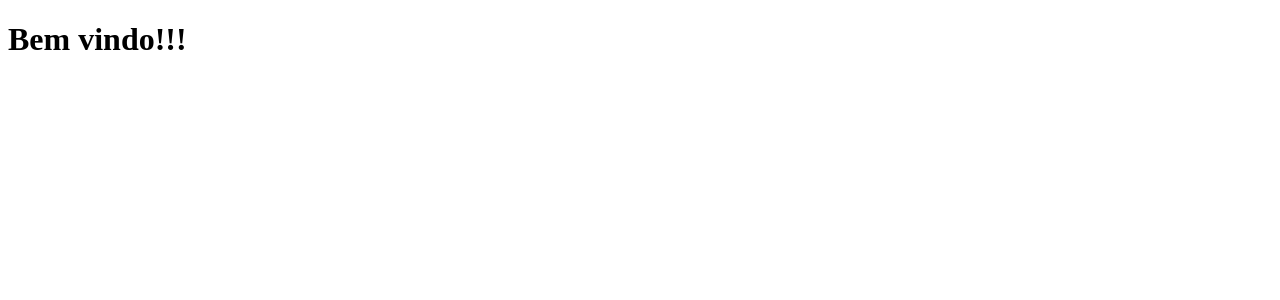
Repository: ClaytonEduard/cursojdev
Page: http://localhost/curso-jsp/
An editor plug-in stored every save of this project. The page is shown before and after the next save, followed by the edit.
The browser window is 1280 px wide. The pictures show the whole page.
The page is served by Tomcat 9.

Above is the page before, as saved 2020-06-17 00:49:57.

After the next save:
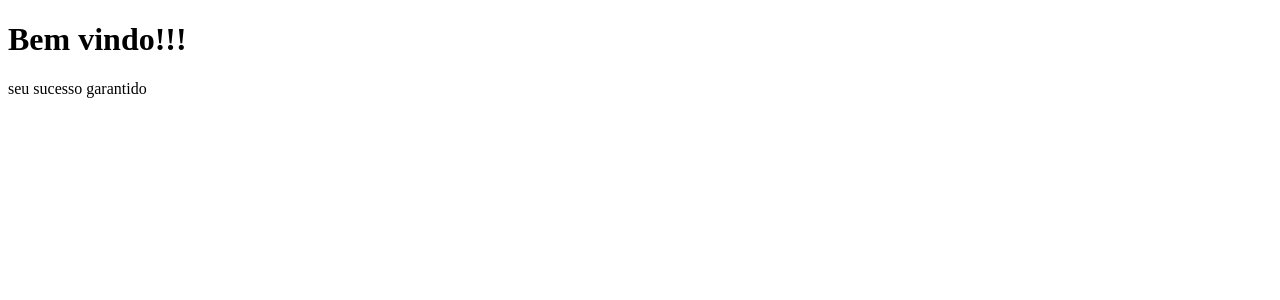
Saved 2 min 15 s later.
--- a/curso-jsp/WebContent/index.jsp
+++ b/curso-jsp/WebContent/index.jsp
@@ -9,5 +9,7 @@
 </head>
 <body>
  <h1>Bem vindo!!!</h1>
+
+ <% out.print("seu sucesso garantido"); %>
 </body>
 </html>
